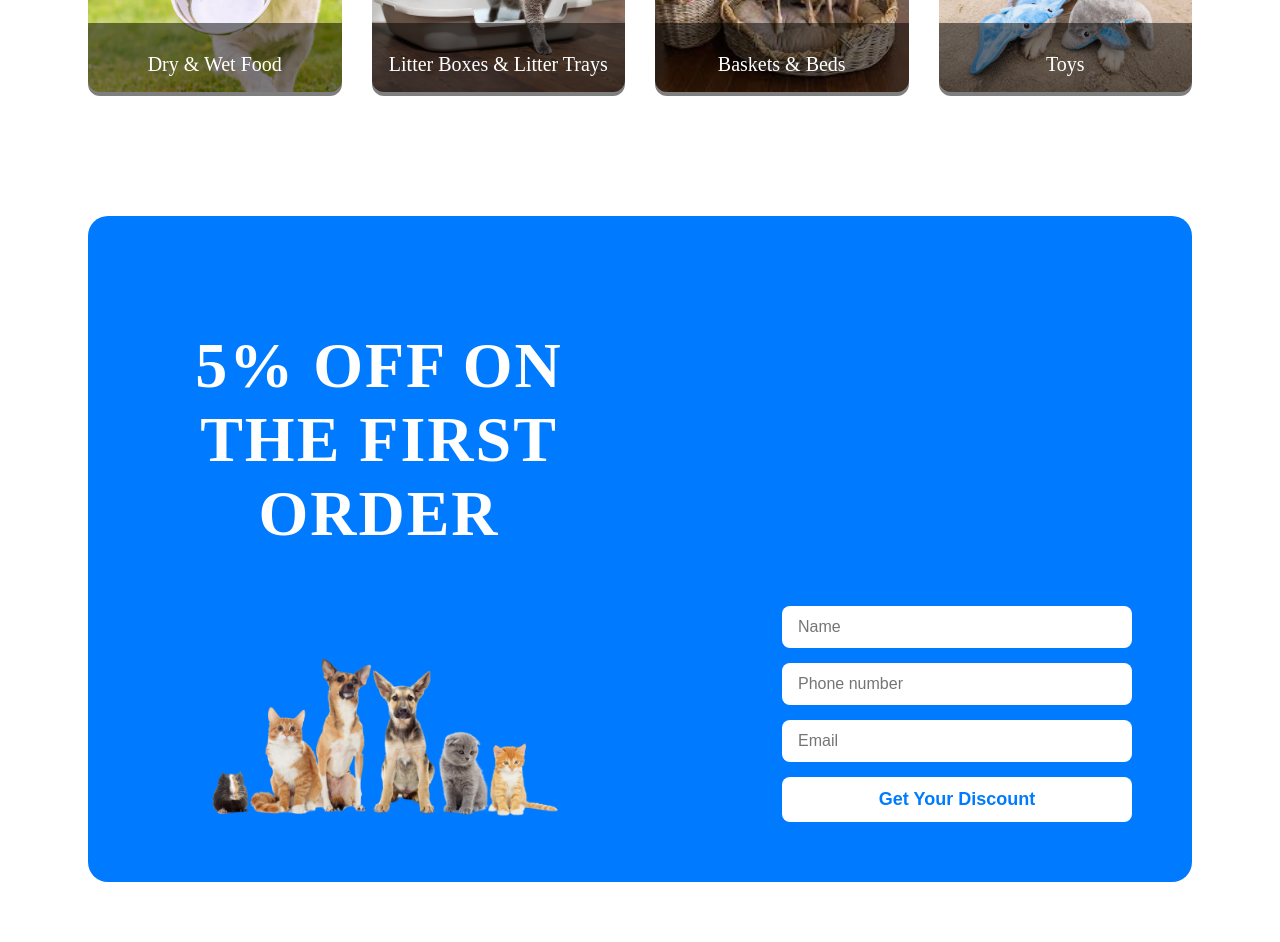
Repository: JuliiaJuliia/pet-shop-frontend
Page: / (app in pet-shop-frontend/)
The author's editor kept a copy of each file at every save. The page is drawn from the files as they stood at one save, then again after the next save.
The browser window is 1280 px wide. The pictures show the part of the page from y = 951 to 1903 px (the page is 1893 px tall before and 1903 px after).
The project was rebuilt for these pictures with package versions that can differ from the ones it lists, and the page was loaded fresh each time. Also part of the build but not shown: pet-shop-frontend/vite.config.js, pet-shop-frontend/src/pages/CheckoutPage.jsx, pet-shop-frontend/src/api/axios.js, pet-shop-frontend/src/components/ProductList.jsx.

Above is the page before, as saved 2025-11-06 14:36:50.

### pet-shop-frontend/index.html
<!doctype html>
<html lang="en">
  <head>
    <meta charset="UTF-8" />
    <link rel="icon" type="image/svg+xml" href="/vite.svg" />
    <meta name="viewport" content="width=device-width, initial-scale=1.0" />
    <title>pet-shop-frontend</title>
  </head>
  <body>
    <div id="root"></div>
    <script type="module" src="/src/main.jsx"></script>
  </body>
</html>

### pet-shop-frontend/src/main.jsx
import HomePage from "./pages/HomePage";
import CheckoutPage from "./pages/CheckoutPage";
import React from "react";
import ReactDOM from "react-dom/client";
import { BrowserRouter, Routes, Route } from "react-router-dom";
import Header from "./components/Header/Header.jsx";
import ProductList from "./components/ProductList";

function Categories() {
  return <h2 style={{ textAlign: "center" }}>Categories Page</h2>;
}

function Sales() {
  return <h2 style={{ textAlign: "center" }}>Sales Page</h2>;
}

function Cart() {
  return <h2 style={{ textAlign: "center" }}>Your Cart is empty</h2>;
}

ReactDOM.createRoot(document.getElementById("root")).render(
  <BrowserRouter>
    <Header />
    <Routes>
      <Route path="/" element={<HomePage />} />
      <Route path="/categories" element={<Categories />} />
      <Route path="/products" element={<ProductList />} />
      <Route path="/sales" element={<Sales />} />
      <Route path="/cart" element={<Cart />} />
    </Routes>
  </BrowserRouter>
);

### pet-shop-frontend/src/pages/HomePage.jsx
import React from "react";
import MainBanner from "../components/MainBanner";
import Categories from "../components/Categories";
import DiscountBanner from "../components/DiscountBanner"; // 👈 ось цей рядок

const HomePage = () => {
  return (
    <div>
      <MainBanner />
      <Categories />
      <DiscountBanner />   {/* 👈 він має бути тут */}
    </div>
  );
};

export default HomePage;

### pet-shop-frontend/src/components/Header/Header.jsx
import React from "react";
import { Link } from "react-router-dom";
import "./Header.css";

const Header = () => {
  return (
    <header className="header">
      <div className="header__logo">
        <Link to="/">PetShop 🐾</Link>
      </div>
      <nav className="header__nav">
        <Link to="/">Main Page</Link>
        <Link to="/categories">Categories</Link>
        <Link to="/products">All products</Link>
        <Link to="/sales">All sales</Link>
      </nav>
      <div className="header__cart">
        <Link to="/cart">
        <img src="/icon.svg" alt="Cart" className="header__cart-icon" />
        </Link>
</div>
    </header>
  );
};

export default Header;

### pet-shop-frontend/src/components/MainBanner.jsx
import React from "react";
import { Link } from "react-router-dom";
import "./MainBanner.css";

const MainBanner = () => {
  return (
    <section className="main-banner">
      <div className="main-banner__overlay">
        <div className="main-banner__content">
        <h1>Amazing Discounts <br /> on Pets Products!</h1>
        <Link to="/checkout" className="banner-btn">Check out</Link>
        </div>
      </div>
    </section>
  );
};

export default MainBanner;

### pet-shop-frontend/src/components/Categories.jsx
import React from "react";
import { Link } from "react-router-dom";
import "./Categories.css";

const categories = [
  { id: 1, name: "Dry & Wet Food", image: "/Dog.jpg" },
  { id: 2, name: "Litter Boxes & Litter Trays", image: "/Cat.jpg" },
  { id: 3, name: "Baskets & Beds", image: "/Dogs.jpg" },
  { id: 4, name: "Toys", image: "/Dog and Fish.jpg" },
];

const Categories = () => {
  return (
    <section className="categories">
      <div className="categories__header">
        <h2>Categories</h2>
        <div className="categories__line"></div>

        <Link to="/products" className="all-categories-btn">
          All categories
        </Link>
      </div>

      <div className="categories__grid">
        {categories.map((category) => (
          <div key={category.id} className="category-card">
            <img src={category.image} alt={category.name} />
            <div className="category-card__overlay">
              <p>{category.name}</p>
            </div>
          </div>
        ))}
      </div>
    </section>
  );
};

export default Categories;

### pet-shop-frontend/src/components/DiscountBanner.jsx
import React from "react";
import "./DiscountBanner.css";

const DiscountBanner = () => {
  return (
    <section className="discount-banner">
      <div className="discount-banner__content">
        <div className="discount-banner__left">
          <h2>5% off on the first order</h2>
          <img src="/Pets.jpg" alt="pets" className="discount-banner__image" />
        </div>

        <div className="discount-banner__form">
          <form>
            <input type="text" placeholder="Name" required />
            <input type="phone" placeholder="Phone number" required />
            <input type="email" placeholder="Email" required />
            <button type="submit">Get Your Discount</button>
          </form>
        </div>
      </div>
    </section>
  );
};

export default DiscountBanner;

### pet-shop-frontend/src/components/Header/Header.css
.header {
    display: flex;
    align-items: center;
    justify-content: space-between;
    padding: 20px 60px;
    background-color: #fff;
    box-shadow: 0 2px 5px rgba(0, 0, 0, 0.05);
    position: sticky;
    top: 0;
    z-index: 10;
  }

  .header__logo a {
    font-size: 40px;
    font-weight: 400;
    color: #3d3c3c;
    text-decoration: none;
    display: flex;
    align-items: center;
    gap: 10px;
  }

  .header__nav {
    display: flex;
    gap: 30px;
  }

  .header__nav a {
    font-size: 20px;
    text-decoration: none;
    color: #38383a;
    font-weight: 550;
    transition: 0.3s;
    cursor: url("data:[embedded picture, 129 characters]"), auto;
  }

  .header__nav a:hover {
    color: #24973bf3;
  }

  .cart-icon {
    font-size: 20px;
    text-decoration: none;
  }

  .header__cart-icon {
    width: 30px;
    height: 30px;
    object-fit: contain;
    transition: transform 0.3s ease;
    cursor: url("data:[embedded picture, 129 characters]"), auto;
  }

  .header__cart-icon:hover {
    transform: rotate(10deg) scale(1.15);
  }

### pet-shop-frontend/src/components/MainBanner.css
.main-banner {
  position: relative;
  width: 100%;
  height: 500px;
  background: url("/banner-dog.jpg") center/cover no-repeat;
  display: flex;
  align-items: center;
  justify-content: center;
  border-radius: 10px;
  overflow: hidden;
  margin-bottom: 60px;
}

/* Полупрозрачный шар поверх картинки */
.main-banner__overlay {
  background: rgba(0, 0, 0, 0.35);
  width: 100%;
  height: 100%;
  display: flex;
  align-items: center;
  justify-content: center;
}

/* Текст и кнопка */
.main-banner__content {
  text-align: left;
  color: #fff;
  max-width: 800px;
  padding: 0 40px;
  line-height: 1.1;
  white-space: normal;
  word-break: break-word;
}

.main-banner__content h1 {
  font-size: 54px;
  font-weight: 700;
  line-height: 1.2;
  margin-bottom: 40px;
}


.main-banner__button {
  background-color: #53b955df;
  color: rgb(255, 255, 255);
  border: none;
  border-radius: 6px;
  font-size: 18px;
  padding: 14px 30px;
  cursor: pointer;
  transition: all 0.3s ease;
  cursor: url("data:[embedded picture, 129 characters]"), auto;
}

.main-banner__button:hover {
  background-color: #24973b91;
  ;
  transform: scale(1.05);
}

.banner-btn {
  display: inline-block;
  background-color: #53b955df;
  color: white;
  border: none;
  border-radius: 6px;
  font-size: 18px;
  padding: 14px 30px;
  text-decoration: none;
  text-align: center;
  cursor: pointer;
  transition: all 0.3s ease;
}

.banner-btn:hover {
  background-color: #24973b91;
  transform: scale(1.05);
}

### pet-shop-frontend/src/components/Categories.css
.categories {
    padding: 0px 80px 60px;
    background-color: #fff;
  }

  .categories__title {
    font-size: 36px;
    font-weight: 600;
    margin-bottom: 30px;
    color: #222;
  }

  .categories__grid {
    display: grid;
    grid-template-columns: repeat(auto-fit, minmax(220px, 1fr));
    gap: 30px;
    justify-items: center;
  }

  .category-card {
    position: relative;
    width: 100%;
    max-width: 260px;
    border-radius: 12px;
    overflow: hidden;
    cursor: url("data:[embedded picture, 129 characters]"), auto;
    transition: transform 0.3s ease;
  }

  .category-card img {
    width: 100%;
    height: 260px;
    object-fit: cover;
    border-radius: 12px;
  }

  .category-card__overlay {
    position: absolute;
    display: flex;
    justify-content: center;
    align-items: center;
    text-align: center;
    bottom: 0;
    left: 0;
    right: 0;
    background: rgba(0, 0, 0, 0.5);
    color: #fff;
    font-size: 20px;
    font-weight: 500;
    padding-top: 10px;
    transition: background 0.3s ease;
  }

  .category-card:hover {
    transform: scale(1.05);
  }

  .category-card:hover .category-card__overlay {
    background: rgba(0, 0, 0, 0.7);
  }

  .categories__header {
    display: flex;
    align-items: center;
    justify-content: space-between;
    position: relative;
    margin-bottom: 30px;
  }

  .categories__header h2 {
    font-size: 35px;
    font-weight: 700;
    color: #222;
    letter-spacing: 1.5px;
    background-color: #fff;
    padding-right: 15px;
    z-index: 1;
  }

  .categories__line {
    position: absolute;
    left: 0;
    right: 0;
    height: 1px;
    background-color: #ddd;
    top: 50%;
    transform: translateY(-50%);
    z-index: 0;
  }

  .all-categories-btn {
    display: inline-flex;
    align-items: center;
    justify-content: center;
    background-color: #fff;
    border: 1px solid #ccc;
    border-radius: 6px;
    padding: 6px 14px;
    font-size: 13px;
    font-weight: 500;
    color: #333;
    text-decoration: none;
    outline: none;
    cursor: pointer;
    z-index: 1;
    transition: all 0.3s ease;
  }

  .all-categories-btn:hover {
    background-color: #53b955cd;
    color: #fff;
    border-color: #24973b91;
    transform: scale(1.05);
    cursor: url("/paw-cursor.png"), auto;
    cursor: url("data:[embedded picture, 129 characters]"), auto;
  }

### pet-shop-frontend/src/components/DiscountBanner.css
.discount-banner {
    background-color: #007bff;
    color: #fff;
    border-radius: 20px;
    margin: 60px 80px;
    padding: 60px;
    display: flex;
    flex-direction: column;
    align-items: center;
  }

  /* 🔹 Надпис по центру зверху */
  .discount-banner__left h2 {
    font-size: 64px;
    font-weight: 700;
    letter-spacing: 2px;
    text-transform: uppercase;
    margin-bottom: 40px;
    text-align: center;
    width: 100%;
  }


  /* 🔹 Контейнер із картинкою та формою */
  .discount-banner__content {
    display: flex;
    justify-content: space-between;
    align-items: flex-end;
    width: 100%;
    gap: 60px;
  }

  /* 🔹 Ліва частина (картинка) */
  .discount-banner__left {
    flex: 1;
    display: flex;
    flex-direction: column;
    align-items: center;
  }

  .discount-banner__image {
    width: 85%;
    max-width: 480px;
    border-radius: 12px;
    object-fit: contain;
    margin-top: 10px;
  }

  /* 🔹 Права частина (форма) */
  .discount-banner__form {
    flex: 1;
    display: flex;
    justify-content: flex-end;
    align-items: center;
  }

  .discount-banner__form form {
    background: transparent;
    display: flex;
    flex-direction: column;
    gap: 15px;
    width: 100%;
    max-width: 350px;
  }

  .discount-banner__form input {
    padding: 12px 16px;
    border-radius: 8px;
    border: none;
    font-size: 16px;
    outline: none;
  }

  .discount-banner__form button {
    background-color: #fff;
    color: #007bff;
    border: none;
    border-radius: 8px;
    padding: 12px 20px;
    font-size: 18px;
    font-weight: 600;
    cursor: pointer;
    transition: 0.3s;
  }

  .discount-banner__form button:hover {
    background-color: #f0f0f0;
    transform: scale(1.05);
    cursor: url("data:[embedded picture, 129 characters]"), auto;
  }

After the next save:
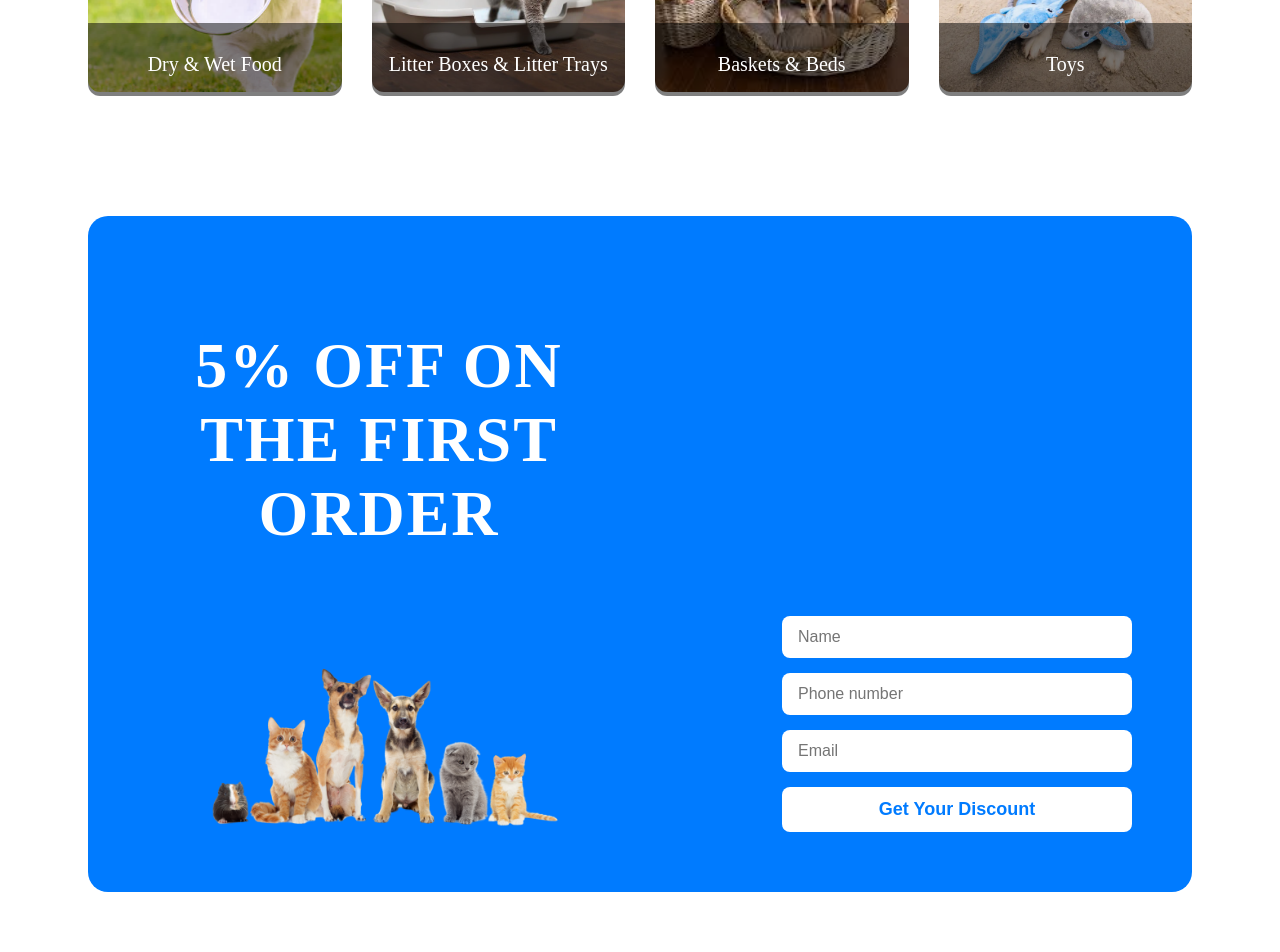
Saved 14 s later.
--- a/pet-shop-frontend/src/components/DiscountBanner.css
+++ b/pet-shop-frontend/src/components/DiscountBanner.css
@@ -7,9 +7,12 @@
     display: flex;
     flex-direction: column;
     align-items: center;
+    justify-content: center; /* 👈 центрує все по вертикалі */
+    text-align: center;
+    position: relative;
   }
 
-  /* 🔹 Надпис по центру зверху */
+  /* 🔹 Текст по центру всього синього фону */
   .discount-banner__left h2 {
     font-size: 64px;
     font-weight: 700;
@@ -19,7 +22,6 @@
     text-align: center;
     width: 100%;
   }
-
 
   /* 🔹 Контейнер із картинкою та формою */
   .discount-banner__content {
@@ -36,6 +38,7 @@
     display: flex;
     flex-direction: column;
     align-items: center;
+    justify-content: flex-end;
   }
 
   .discount-banner__image {
@@ -43,7 +46,7 @@
     max-width: 480px;
     border-radius: 12px;
     object-fit: contain;
-    margin-top: 10px;
+    margin-top: 20px;
   }
 
   /* 🔹 Права частина (форма) */
@@ -51,7 +54,7 @@
     flex: 1;
     display: flex;
     justify-content: flex-end;
-    align-items: center;
+    align-items: flex-end;
   }
 
   .discount-banner__form form {
